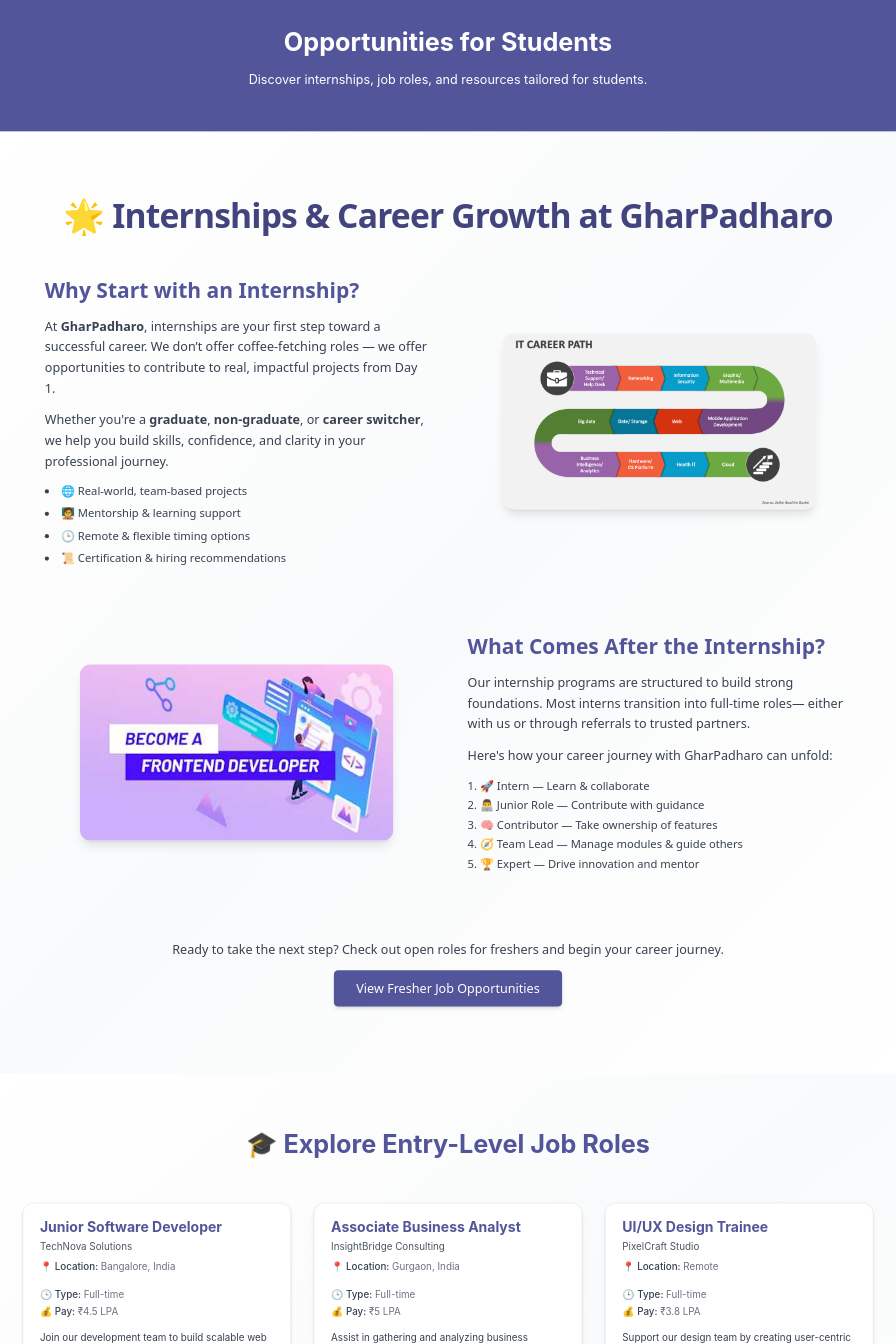
Repository: Siddharthkothiyal/GharPadhaaroCareerWebsite
Page: /#/students
These files come from the project's save history. The page is drawn as it stood at one moment and after the next save; the edit follows.
The browser window is 1280 px wide. The pictures show the part of the page from y = 0 to 1920 px (the page is 7099 px tall), at 70% of full size.
The project was rebuilt for these pictures with package versions that can differ from the ones it lists, and the page was loaded fresh each time. Also part of the build but not shown: src/components/CareerPortal/JobListing/JobListings.css, src/components/CareerPortal/JobListing/JobListings.js, src/components/CareerPortal/Header.css, src/components/CareerPortal/ResumeUpload.css, src/components/CareerPortal/ResumeUpload.js, src/components/CareerPortal/Header.js, src/components/CareerPortal/JobListing/JobSearch.css, src/components/CareerPortal/JobListing/JobSearch.js and 10 more.

Above is the page before, as saved 2025-06-22 10:50:23.

### public/index.html
<!DOCTYPE html>
<html lang="en">

<head>
  <meta charset="utf-8" />
  <link rel="icon" href="%PUBLIC_URL%/favicon.ico" />
  <meta name="viewport" content="width=device-width, initial-scale=1" />
  <meta name="theme-color" content="#000000" />
  <meta name="description" content="GharPadharo - Find your perfect stay" />

  <!-- Font Awesome CDN (latest) -->
  <link rel="stylesheet" href="https://cdnjs.cloudflare.com/ajax/libs/font-awesome/6.5.2/css/all.min.css"
    integrity="sha512-SnH5WK+bZxgPHs44uWIX+LLJAJ9/2PkPKZ5QiAj6Ta86w+fsb2TkcmfRyVX3pBnMFcV7oQPJkl9QevSCWr3W6A=="
    crossorigin="anonymous" referrerpolicy="no-referrer" />

  <link rel="apple-touch-icon" href="%PUBLIC_URL%/logo192.png" />
  <title>GharPadharo</title>
</head>

<body>
  <noscript>You need to enable JavaScript to run this app.</noscript>
  <div id="root"></div>
  <!--
      This HTML file is a template.
      If you open it directly in the browser, you will see an empty page.

      You can add webfonts, meta tags, or analytics to this file.
      The build step will place the bundled scripts into the <body> tag.

      To begin the development, run `npm start` or `yarn start`.
      To create a production bundle, use `npm run build` or `yarn build`.
    -->
</body>

</html>

### src/index.css
@tailwind base;
@tailwind components;
@tailwind utilities;

/* You can keep your custom CSS below if needed */

body {
  margin: 0;
  font-family: -apple-system, BlinkMacSystemFont, 'Segoe UI', 'Roboto', 'Oxygen',
    'Ubuntu', 'Cantarell', 'Fira Sans', 'Droid Sans', 'Helvetica Neue',
    sans-serif;
  -webkit-font-smoothing: antialiased;
  -moz-osx-font-smoothing: grayscale;
}

code {
  font-family: source-code-pro, Menlo, Monaco, Consolas, 'Courier New',
    monospace;
}

### src/App.js
import React from 'react';
// import { HashRouter as Router } from 'react-router-dom';

// import { BrowserRouter as Router, Routes, Route } from 'react-router-dom';
import { HashRouter as Router, Routes, Route } from 'react-router-dom';
import JobListings from './components/CareerPortal/JobListing/JobListings';

import './App.css';
import CareerPortal from './components/CareerPortal';
import Login from './components/Auth/Login';
import Signup from './components/Auth/Signup';
import LandingPage from './components/LandingPage/LandingPage';



import StudentsPage from './components/CareerPortal/StudentsPage/StudentsPage';

// import JobCategory from './components/CareerPortal/JobListing/JobCategory';
// import JobLocation from './components/CareerPortal/JobListing/JobLocation';



function App() {
  return (
    <Router>
      <div className="App">


        <Routes>
          <Route path="/" element={<LandingPage />} />
          <Route path="/careers" element={<CareerPortal />} />
          <Route path="/login" element={<Login />} />
          <Route path="/signup" element={<Signup />} />

          {/* <Route path="/jobs/:category" element={<JobCategory />} />
          <Route path="/jobs/location/:location" element={<JobLocation />} /> */}
          <Route path="/students" element={<StudentsPage />} />
          <Route path="/job-listings" element={<JobListings />} />




        </Routes>
      </div>
    </Router>
  );
}

export default App;

### src/components/CareerPortal/CareerPortal.css
/* GharPadharo Career Portal Styles */
:root {
  --gharpadhaaro-blue: #0866ff;
  --gharpadhaaro-blue-dark: #0756d6;
  --gharpadhaaro-gray: #f0f2f5;
  --gharpadhaaro-text: #1c1e21;
  --gharpadhaaro-text-secondary: #65676b;
  --gharpadhaaro-white: #ffffff;
  --gharpadhaaro-border: #dadde1;
  --gharpadhaaro-success: #42b72a;
  --gharpadhaaro-error: #fa383e;
  --gharpadhaaro-shadow: rgba(0, 0, 0, 0.1);
  --gharpadhaaro-radius: 8px;
  --gharpadhaaro-transition: all 0.2s ease;
}

/* Global Styles */
.career-portal {
  font-family: 'Optimistic Display', -apple-system, BlinkMacSystemFont, 'Segoe UI', Roboto, Oxygen, Ubuntu, Cantarell, 'Open Sans', 'Helvetica Neue', sans-serif;
  color: var(--gharpadhaaro-text);
  line-height: 1.5;
  background-color: var(--gharpadhaaro-white);
}

.container {
  max-width: 1200px;
  margin: 0 auto;
  padding: 0 24px;
}

/* Hero Section */
.hero-section {
  background: linear-gradient(135deg, #0866ff 0%, #535699 100%);
  color: var(--meta-white);
  padding: 100px 0;
  text-align: center;
}

.hero-content {
  max-width: 800px;
  margin: 0 auto;
  padding: 0 24px;
}

.hero-content h1 {
  font-size: 48px;
  font-weight: 700;
  margin-bottom: 24px;
  line-height: 1.2;
}

.hero-content p {
  color: black;
  font-size: 20px;
  margin-bottom: 40px;
  margin-left: 70px;

}

/* Job Search Section */
.job-search-section {
  padding: 60px 0;
  background-color: var(--meta-white);
}

.filters-and-results {
  display: grid;
  grid-template-columns: 300px 1fr;
  gap: 30px;
}

/* Featured Teams Section */
.featured-teams-section {
  padding: 80px 0;
  background-color: var(--meta-gray);
}

.featured-teams-section h2 {
  font-size: 36px;
  font-weight: 700;
  margin-bottom: 16px;
  text-align: center;
}

.featured-teams-section p {
  font-size: 18px;
  color: var(--meta-text-secondary);
  max-width: 700px;
  margin: 0 auto 40px;
  text-align: center;
}

/* Buttons */
.btn {
  display: inline-flex;
  align-items: center;
  justify-content: center;
  padding: 12px 24px;
  border-radius: 0px;
  font-weight: 600;
  font-size: 16px;
  cursor: pointer;
  transition: var(--meta-transition);
  border: none;
}

.btn-primary {
  background-color: var(--meta-blue);
  color: var(--meta-white);
}

.btn-primary:hover {
  background-color: var(--meta-blue-dark);
}

.btn-secondary {
  background-color: var(--meta-gray);
  color: var(--meta-text);
  margin-left: 50px;
}

.btn-secondary:hover {
  background-color: #e4e6eb;
}

/* Form Elements */
.input-group {
  position: relative;
  margin-bottom: 16px;
}

.input-field {
  width: 100%;
  padding: 14px 16px;
  border-radius: var(--meta-radius);
  border: 1px solid var(--meta-border);
  font-size: 16px;
  transition: var(--meta-transition);
}

.input-field:focus {
  border-color: var(--meta-blue);
  outline: none;
  box-shadow: 0 0 0 2px rgba(8, 102, 255, 0.2);
}

/* Responsive */
@media (max-width: 992px) {
  .filters-and-results {
    grid-template-columns: 1fr;
  }

  .hero-content h1 {
    font-size: 36px;
  }

  .hero-content p {
    font-size: 18px;
  }
}

@media (max-width: 576px) {
  .hero-content h1 {
    font-size: 28px;
  }

  .hero-content p {
    font-size: 16px;
  }

  .featured-teams-section h2 {
    font-size: 28px;
  }
}

/* Add these styles to your existing CareerPortal.css file */

.application-form-section {
  padding: 40px 0;
  background-color: #f5f5f5;
}

.close-form-btn {
  background: none;
  border: none;
  font-size: 24px;
  cursor: pointer;
  margin-bottom: 20px;
  display: flex;
  align-items: center;
  color: #333;
}

.close-form-btn:hover {
  color: #535699;
}

### src/components/Auth/Auth.css
/* Auth.css - Styles for Login and Signup components */

:root {
  --primary-color: #535699; /* GharPadharo blue */
  --secondary-color: #42B72A; /* GharPadharo green */
  --text-color: #1C1E21;
  --light-text: #606770;
  --error-color: #FA383E;
  --border-color: #DADDE1;
  --background-color: #F0F2F5;
  --card-background: #FFFFFF;
  --hover-color: #E7F3FF;
  --focus-shadow: 0 0 0 2px rgba(83, 86, 153, 0.2);
}

/* Auth Container */
.auth-container {
  display: flex;
  justify-content: center;
  align-items: center;
  min-height: 100vh;
  background-color: var(--background-color);
  padding: 20px;
}

/* Auth Card */
.auth-card {
  background-color: var(--card-background);
  border-radius: 8px;
  box-shadow: 0 2px 4px rgba(0, 0, 0, 0.1), 0 8px 16px rgba(0, 0, 0, 0.1);
  width: 100%;
  max-width: 400px;
  padding: 20px;
}

/* Auth Header */
.auth-header {
  text-align: center;
  margin-bottom: 20px;
}

.auth-logo {
  width: 40px;
  height: 40px;
  margin-bottom: 10px;
}

.auth-header h2 {
  font-size: 24px;
  font-weight: 600;
  color: var(--text-color);
  margin: 0;
}

.gharpadharo-logo{
  width: 60px;
  height: 60px;
}

/* Auth Form */
.auth-form {
  display: flex;
  flex-direction: column;
  gap: 16px;
}

.form-group {
  display: flex;
  flex-direction: column;
}

.form-group label {
  font-size: 14px;
  font-weight: 500;
  margin-bottom: 6px;
  color: var(--text-color);
}

.form-group input {
  padding: 12px 14px;
  border: 1px solid var(--border-color);
  border-radius: 6px;
  font-size: 16px;
  transition: border-color 0.2s, box-shadow 0.2s;
}

.form-group input:focus {
  outline: none;
  border-color: #535699;
  box-shadow: var(--focus-shadow);
}

.form-group input.error {
  border-color: var(--error-color);
}

.error-message {
  color: var(--error-color);
  font-size: 12px;
  margin-top: 4px;
}

/* Terms and Privacy */
.terms-privacy {
  font-size: 12px;
  color: 535699;
  margin-bottom: 10px;
  text-align: center;
}

.terms-privacy a {
  color: 535699;
  text-decoration: none;
}

.terms-privacy a:hover {
  text-decoration: underline;
}

/* Auth Button */
.auth-button {
  background-color: #535699;
  color: white;
  border: none;
  border-radius: 6px;
  padding: 12px;
  font-size: 16px;
  font-weight: 600;
  cursor: pointer;
  transition: background-color 0.2s;
  margin-top: 10px;
}

.auth-button:hover {
  background-color: #535699;
}

/* Auth Footer */
.auth-footer {
  margin-top: 20px;
  text-align: center;
}

.forgot-password {
  color: #535699;
  text-decoration: none;
  font-size: 14px;
  display: block;
  margin-bottom: 16px;
}

.forgot-password:hover {
  text-decoration: underline;
}

.auth-redirect {
  font-size: 14px;
  color: var(--light-text);
  margin: 0;
}

.auth-redirect a {
  color: #535699;
  text-decoration: none;
  font-weight: 500;
}

.auth-redirect a:hover {
  text-decoration: underline;
}

/* Responsive adjustments */
@media (max-width: 480px) {
  .auth-card {
    padding: 16px;
  }

  .auth-header h2 {
    font-size: 20px;
  }

  .form-group input {
    padding: 10px 12px;
    font-size: 14px;
  }

  .auth-button {
    padding: 10px;
    font-size: 14px;
  }
}

### src/components/LandingPage/LandingPage.css
/* LandingPage.css - Styles for the landing page */

:root {
  --primary-color: #535699; /* GharPadharo blue */
  --secondary-color: #42B72A; /* GharPadharo green */
  --text-color: #1C1E21;
  --light-text: #606770;
  --border-color: #DADDE1;
  --background-color: #F0F2F5;
  --card-background: #FFFFFF;
  --hover-color: #c8e4ff;
  --focus-shadow: 0 0 0 2px rgba(24, 119, 242, 0.2);
  --border-color: #blue;
  --background-color: #535699;
  --card-background: white;
  --hover-color: #E7F3FF;
  --focus-shadow: 0 0 0 2px rgba(83, 86, 153, 0.2);
}
/* General Styles */
.landing-page {
  font-family: 'Segoe UI', 'Helvetica Neue', sans-serif;
  color: var(--text-color);
  line-height: 1.5;
}

.container {
  max-width: 1200px;
  margin: 0 auto;
  padding: 0 20px;
}

section {
  padding: 60px 0;
}

h1, h2, h3, h4 {
  margin-top: 0;
  font-weight: 600;
}

h1 {
  font-size: 3rem;
  line-height: 1.2;
  margin-bottom: 20px;
}

h2 {
  font-size: 2.25rem;
  margin-bottom: 30px;
  text-align: center;
}

h3 {
  font-size: 1.5rem;
  margin-bottom: 15px;
}

p {
  margin-bottom: 20px;
}

.btn {
  display: inline-block;
  padding: 12px 24px;
  border-radius: 6px;
  font-weight: 600;
  text-decoration: none;
  text-align: center;
  cursor: pointer;
  transition: all 0.2s ease;
  margin-right: 12px;
  margin-bottom: 12px;
}

.btn-primary {
  background-color:  #0CAFFF;
  color: white;
  border: none;
}

.btn-primary:hover {
  background-color: whitesmoke;
  color: black;
}

.btn-secondary {
  background-color: var(--secondary-color);
  color: white;
  border: none;
}

.btn-secondary:hover {
  background-color: whitesmoke;
  color: black;
}

.btn-outline {
  background-color: white;
  color: black;
  border: white;
}

.btn-outline:hover {
  background-color: #0CAFFF;
  color: black;
}

/* Hero Section */
.hero {
  background-color: var(--background-color);
  padding: 80px 0;
}

.hero .container {
  display: flex;
  align-items: center;
  justify-content: space-between;
  gap: 40px;
}

.hero-content {
  flex: 1;
}

.hero-content p {
  font-size: 1.25rem;
  color: 535699;
  margin-bottom: 30px;
  max-width: 900px;
  margin-left: 8.5px;
}

.hero-buttons {
  display: flex;
  flex-wrap: wrap;
}

.hero-image {
  flex: 1;
  display: flex;
  justify-content: center;
  align-items: center;
}

.image-placeholder {
  background-color: 535699;
  border-radius: 12px;
  padding: 20px;
  display: flex;
  justify-content: center;
  align-items: center;
}


/* Features Section */
.features {
  background-color: white;
}

.features-grid {
  display: grid;
  grid-template-columns: repeat(auto-fit, minmax(250px, 1fr));
  gap: 30px;
  margin-top: 40px;
}

.feature-card {
  background-color: var(--card-background);
  border-radius: 12px;
  padding: 30px;
  box-shadow: 0 2px 4px rgba(0, 0, 0, 0.05);
  transition: transform 0.3s ease, box-shadow 0.3s ease;
}

.feature-card:hover {
  transform: scale(1.05);
  box-shadow: 0 10px 20px rgba(0, 0, 0, 0.1);
}

.feature-icon {
  margin-bottom: 20px;
}

.feature-card h3 {
  color: var(--text-color);
}

.feature-card p {
  color: var(--light-text);
  margin-bottom: 0;
}

/* Teams Section */
.teams-section {
  background-color: var(--background-color);
}

.section-description {
  text-align: center;
  max-width: 700px;
  margin: 0 auto 40px;
  color:white;
  font-size: 1.1rem;
}

.teams-carousel {
  display: grid;
  grid-template-columns: repeat(auto-fit, minmax(250px, 1fr));
  gap: 20px;
  margin-top: 30px;
}

.team-item {
  background-color: white;
  border-radius: 8px;
  padding: 25px;
  box-shadow: 0 2px 4px rgba(0, 0, 0, 0.05);
  transition: transform 0.3s ease;
}

.team-item:hover {
  transform: translateY(-5px);
}

.team-item h3 {
  color: var(--primary-color);
  margin-bottom: 10px;
}

.team-item p {
  color: var(--light-text);
  margin-bottom: 15px;
}

.team-link {
  color: var(--primary-color);
  text-decoration: none;
  font-weight: 600;
  display: inline-flex;
  align-items: center;
}

.team-link span {
  margin-left: 5px;
  transition: transform 0.2s ease;
}

.team-link:hover span {
  transform: translateX(3px);
}

/* Testimonials Section */
.testimonials {
  background-color: white;
}

.testimonial-card {
  max-width: 800px;
  margin: 0 auto;
  background-color: var(--card-background);
  border-radius: 12px;
  padding: 40px;
  box-shadow: 0 4px 12px rgba(0, 0, 0, 0.08);
  position: relative;
}

.quote-mark {
  font-size: 60px;
  color: var(--primary-color);
  opacity: 0.2;
  position: absolute;
  top: 20px;
  left: 20px;
  line-height: 1;
}

.testimonial-text {
  font-size: 1.25rem;
  line-height: 1.6;
  margin-bottom: 30px;
  position: relative;
  z-index: 1;
}

.testimonial-author {
  display: flex;
  align-items: center;
}

.author-avatar {
  width: 50px;
  height: 50px;
  border-radius: 50%;
  background-color: var(--primary-color);
  margin-right: 15px;
}

.author-info h4 {
  margin: 0;
  font-size: 1.1rem;
}

.author-info p {
  margin: 5px 0 0;
  color: var(--light-text);
  font-size: 0.9rem;
}

/* CTA Section */
.cta-section {
  background-color: var(--primary-color);
  color: white;
  text-align: center;
  padding: 80px 0;
}

.cta-section h2 {
  color: white;
  margin-bottom: 15px;
}

.cta-section p {
  color: rgba(255, 255, 255, 0.9);
  font-size: 1.2rem;
  margin-bottom: 30px;
  max-width: 700px;
  margin-left: auto;
  margin-right: auto;
}

.cta-buttons {
  display: flex;
  justify-content: center;
  flex-wrap: wrap;
  gap: 15px;
}

.cta-section .btn-primary {
  background-color: #42B72A;
  color:black;
}

.cta-section .btn-primary:hover {
  background-color: #f5f5f5;
}

.cta-section .btn-secondary {
  background-color: transparent;
  color: white;
  border: 1px solid white;
}

.cta-section .btn-secondary:hover {
  background-color: rgba(255, 255, 255, 0.1);
}

/* Responsive Styles */
@media (max-width: 992px) {
  h1 {
    font-size: 2.5rem;
  }

  h2 {
    font-size: 2rem;
  }

  .hero .container {
    flex-direction: column;
  }

  .hero-content, .hero-image {
    flex: none;
    width: 100%;
    text-align: center;
  }

  .hero-content p {
    margin-left: auto;
    margin-right: auto;
  }

  .hero-buttons {
    justify-content: center;
  }
}

@media (max-width: 768px) {
  section {
    padding: 40px 0;
  }

  h1 {
    font-size: 2rem;
  }

  h2 {
    font-size: 1.75rem;
  }

  .features-grid, .teams-carousel {
    grid-template-columns: 1fr;
  }

  .testimonial-card {
    padding: 30px 20px;
  }

  .testimonial-text {
    font-size: 1.1rem;
  }
}

### src/components/CareerPortal/StudentsPage/sections/Internships.js
import React from 'react';

const Internships = () => {
  const handleScrollToJobs = () => {
    const section = document.getElementById('fresher-jobs');
    if (section) {
      section.scrollIntoView({ behavior: 'smooth' });
    }
  };

  return (
    <section
      id="internships"
      className="py-24 px-6 sm:px-10 lg:px-16 bg-gradient-to-br from-white via-gray-50 to-white font-sans"
    >
      <div className="max-w-7xl mx-auto">
        {/* Header */}
        <h2 className="text-4xl sm:text-5xl font-extrabold text-center text-[#41447d] mb-16 tracking-tight">
          🌟 Internships & Career Growth at GharPadharo
        </h2>

        {/* Row 1 */}
        <div className="flex flex-col lg:flex-row items-center gap-14 mb-24">
          <div className="lg:w-1/2 text-left">
            <h3 className="text-2xl sm:text-3xl font-semibold text-[#525599] mb-5">
              Why Start with an Internship?
            </h3>
            <p className="text-gray-700 text-lg leading-relaxed mb-4">
              At <strong>GharPadharo</strong>, internships are your first step toward a successful career. We don’t offer coffee-fetching roles —
              we offer opportunities to contribute to real, impactful projects from Day 1.
            </p>
            <p className="text-gray-700 text-lg leading-relaxed mb-4">
              Whether you're a <strong>graduate</strong>, <strong>non-graduate</strong>, or <strong>career switcher</strong>, we help you build skills, confidence,
              and clarity in your professional journey.
            </p>
            <ul className="text-gray-700 text-base space-y-2 list-disc list-inside">
              <li>🌐 Real-world, team-based projects</li>
              <li>🧑‍🏫 Mentorship & learning support</li>
              <li>🕒 Remote & flexible timing options</li>
              <li>📜 Certification & hiring recommendations</li>
            </ul>
          </div>

          <div className="lg:w-1/2">
          <img
              src="/career_path2.png"
              alt="Career Path 2"
              className="rounded-2xl shadow-lg w-full max-w-md mx-auto"
            />

          </div>
        </div>

        {/* Row 2 */}
        <div className="flex flex-col lg:flex-row-reverse items-center gap-14 mb-24">
          <div className="lg:w-1/2 text-left">
            <h3 className="text-2xl sm:text-3xl font-semibold text-[#525599] mb-5">
              What Comes After the Internship?
            </h3>
            <p className="text-gray-700 text-lg leading-relaxed mb-4">
              Our internship programs are structured to build strong foundations. Most interns transition into full-time roles—
              either with us or through referrals to trusted partners.
            </p>
            <p className="text-gray-700 text-lg leading-relaxed mb-4">
              Here's how your career journey with GharPadharo can unfold:
            </p>
            <ol className="text-gray-700 text-base list-decimal list-inside space-y-1">
              <li>🚀 Intern — Learn & collaborate</li>
              <li>👨‍💻 Junior Role — Contribute with guidance</li>
              <li>🧠 Contributor — Take ownership of features</li>
              <li>🧭 Team Lead — Manage modules & guide others</li>
              <li>🏆 Expert — Drive innovation and mentor</li>
            </ol>
          </div>

          <div className="lg:w-1/2">
            <img
              src="/career_path1.jpg"
              alt="Career Path 1"
              className="rounded-2xl shadow-lg w-full max-w-md mx-auto"
            />
          </div>
        </div>

        {/* CTA */}
        <div className="text-center mt-12">
          <p className="text-gray-700 text-lg mb-4">
            Ready to take the next step? Check out open roles for freshers and begin your career journey.
          </p>
          <button
            onClick={handleScrollToJobs}
            className="inline-block px-8 py-3 bg-[#525599] text-white font-medium text-lg rounded-md hover:bg-[#41447d] transition-all shadow-md"
          >
            View Fresher Job Opportunities
          </button>
        </div>
      </div>
    </section>
  );
};

export default Internships;

Loaded but not shown: src/index.js (common file); src/reportWebVitals.js (common file); src/App.css (common file); tailwind.config.js (common file); src/components/CareerPortal/StudentsPage/sections/Scholarships.js (91 lines, source omitted); src/components/CareerPortal/StudentsPage/sections/FreshersJob.js (115 lines, source omitted); src/components/CareerPortal/StudentsPage/sections/Resources.js (81 lines, source omitted); src/components/CareerPortal/StudentsPage/sections/FAQs.js (89 lines, source omitted); src/components/CareerPortal/StudentsPage/sections/Mentorship.js (79 lines, source omitted); src/components/CareerPortal/StudentsPage/sections/Webinars.js (69 lines, source omitted); src/components/CareerPortal/StudentsPage/sections/Hackathons.js (63 lines, source omitted); src/components/CareerPortal/StudentsPage/sections/EarlyCareers.js (77 lines, source omitted); src/components/CareerPortal/StudentsPage/StudentsPage.js (70 lines, source omitted)

After the next save:
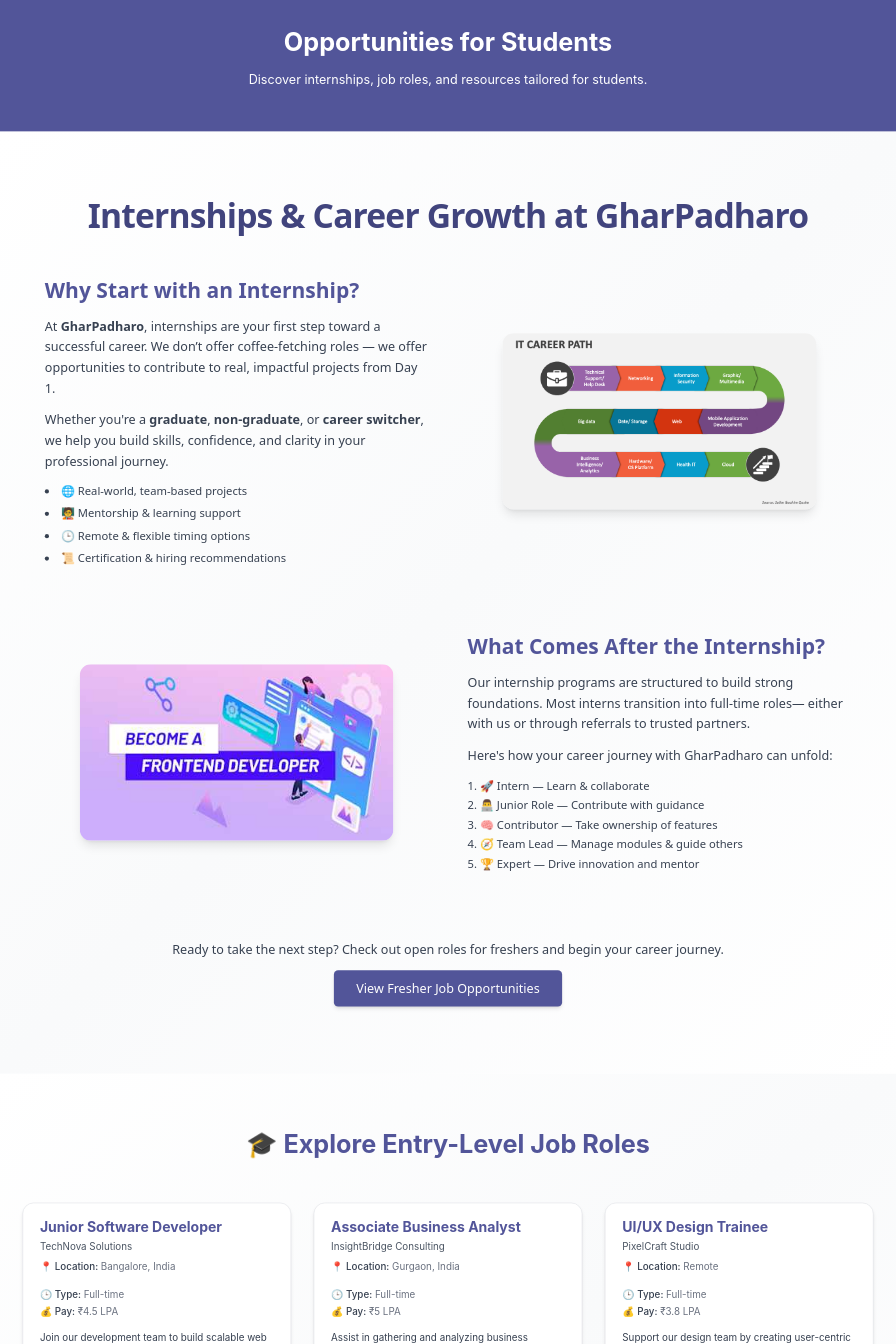
Saved 12 s later.
--- a/src/components/CareerPortal/StudentsPage/sections/Internships.js
+++ b/src/components/CareerPortal/StudentsPage/sections/Internships.js
@@ -16,7 +16,7 @@
       <div className="max-w-7xl mx-auto">
         {/* Header */}
         <h2 className="text-4xl sm:text-5xl font-extrabold text-center text-[#41447d] mb-16 tracking-tight">
-          🌟 Internships & Career Growth at GharPadharo
+           Internships & Career Growth at GharPadharo
         </h2>
 
         {/* Row 1 */}
